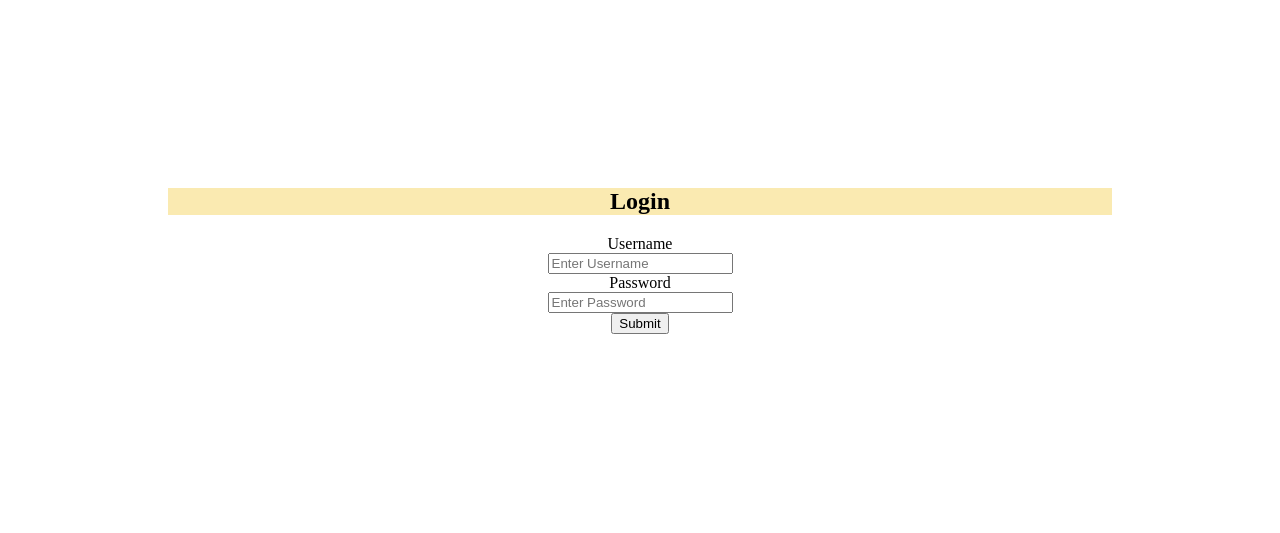
Repository: Shivamkr522/Contact_Us_Page
Page: http://localhost/ContactUs/login.jsp
The author's editor kept a copy of each file at every save. The page is drawn from the files as they stood at one save, then again after the next save.
The browser window is 1280 px wide. The pictures show the whole page.
The page is served by Tomcat 9. Other server files are loaded and not shown.

Above is the page before, as saved 2022-12-11 13:08:48.

### ContactUs/src/main/webapp/login.jsp
<%@ page language="java" contentType="text/html; charset=UTF-8"
    pageEncoding="UTF-8"%>
 <%@ taglib prefix="c" uri="http://java.sun.com/jsp/jstl/core"%>
<!DOCTYPE html>
<html>
<head>
<meta charset="UTF-8">
<title>Login</title>
<link rel="stylesheet" href="login.css">

</head>
<body>
	<div id="login-box">
		<h2>Login</h2>
		<form action="login" method="post">
			<label for="user-name">Username</label>
			<br>
			<input type="text" name="username" id="user" placeholder="Enter Username">
			<br>
			<label for="password">Password</label>
			<br>
			<input type="password" name="password" id="pass" placeholder="Enter Password">
			<br>
			<button>Submit</button>
		</form>
	</div>
</body>
</html>

### ContactUs/src/main/webapp/login.css
@charset "UTF-8";

h2{
	text-align: center;
	background-color: #FAEAB1;
}

form{
	text-align: center;
}

#login-box{
	display: flex;
	flex-direction: column;
	padding: 10rem;

}

After the next save:
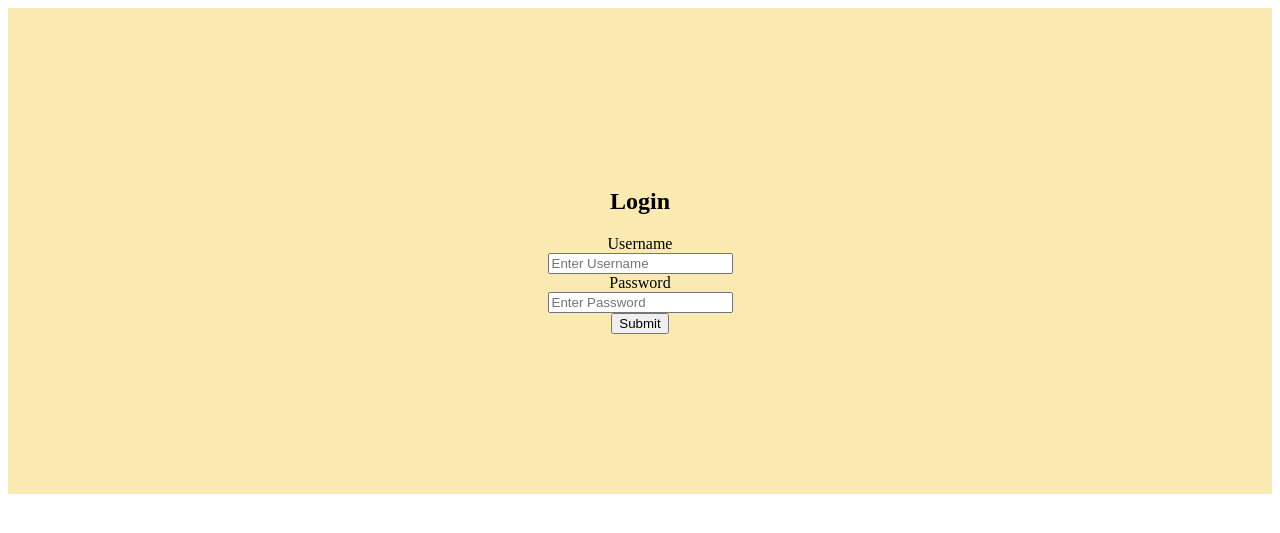
Saved 51 s later.
--- a/ContactUs/src/main/webapp/login.css
+++ b/ContactUs/src/main/webapp/login.css
@@ -2,7 +2,7 @@
 
 h2{
 	text-align: center;
-	background-color: #FAEAB1;
+
 }
 
 form{
@@ -13,5 +13,5 @@ form{
 	display: flex;
 	flex-direction: column;
 	padding: 10rem;
-
+	background-color: #FAEAB1;
 }
